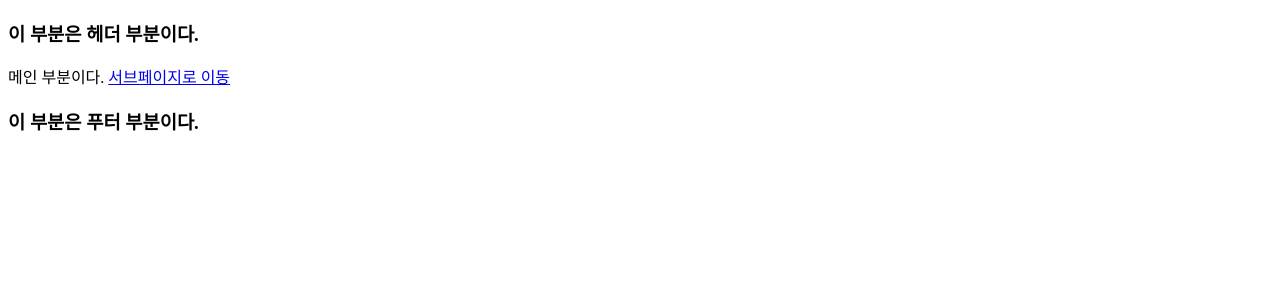
Repository: BartsimisraB/JavaPractice_
Page: http://localhost/Webpractice5/sub.jsp
These files come from the project's save history. The page is drawn as it stood at one moment and after the next save; the edit follows.
The browser window is 1280 px wide. The pictures show the whole page.
The page is served by Tomcat 9. Other server files are loaded and not shown.

Above is the page before, as saved 2023-01-12 02:18:25.

### Webpractice5/src/main/webapp/sub.jsp
<%@ page language="java" contentType="text/html; charset=UTF-8"
    pageEncoding="UTF-8"%>
<!DOCTYPE html>
<html>
<head>
<meta charset="UTF-8">
<title>Insert title here</title>
</head>
<body>
	<jsp:include page="Header.jsp"/> 메인 부분이다.
	<a href="sub.jsp">서브페이지로 이동</a>
	<jsp:include page="Footer.jsp"/>
</body>
</html>

### Webpractice5/src/main/webapp/Header.jsp
<%@ page language="java" contentType="text/html; charset=UTF-8"
    pageEncoding="UTF-8"%>
<h3>이 부분은 헤더 부분이다.</h3>

### Webpractice5/src/main/webapp/Footer.jsp
<%@ page language="java" contentType="text/html; charset=UTF-8"
    pageEncoding="UTF-8"%>
<h3>이 부분은 푸터 부분이다.</h3>

After the next save:
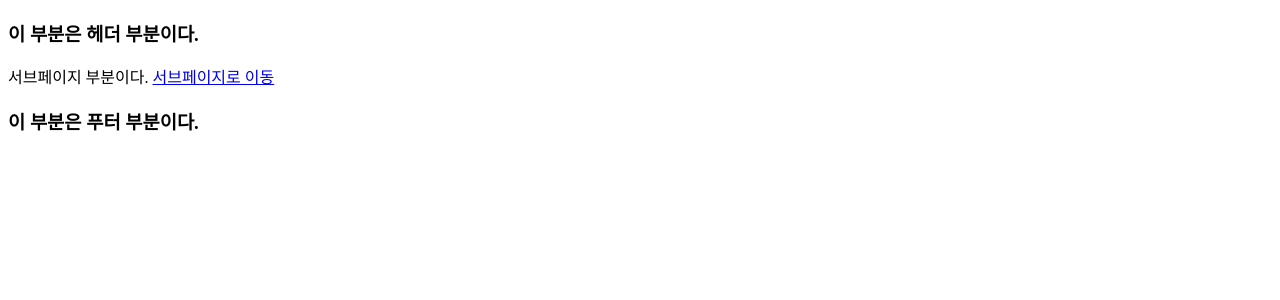
Saved 16 s later.
--- a/Webpractice5/src/main/webapp/sub.jsp
+++ b/Webpractice5/src/main/webapp/sub.jsp
@@ -7,8 +7,8 @@
 <title>Insert title here</title>
 </head>
 <body>
-	<jsp:include page="Header.jsp"/> 메인 부분이다.
-	<a href="sub.jsp">서브페이지로 이동</a>
+	<jsp:include page="Header.jsp"/> 서브페이지 부분이다.
+	<a href="Main.jsp">서브페이지로 이동</a>
 	<jsp:include page="Footer.jsp"/>
 </body>
 </html>
